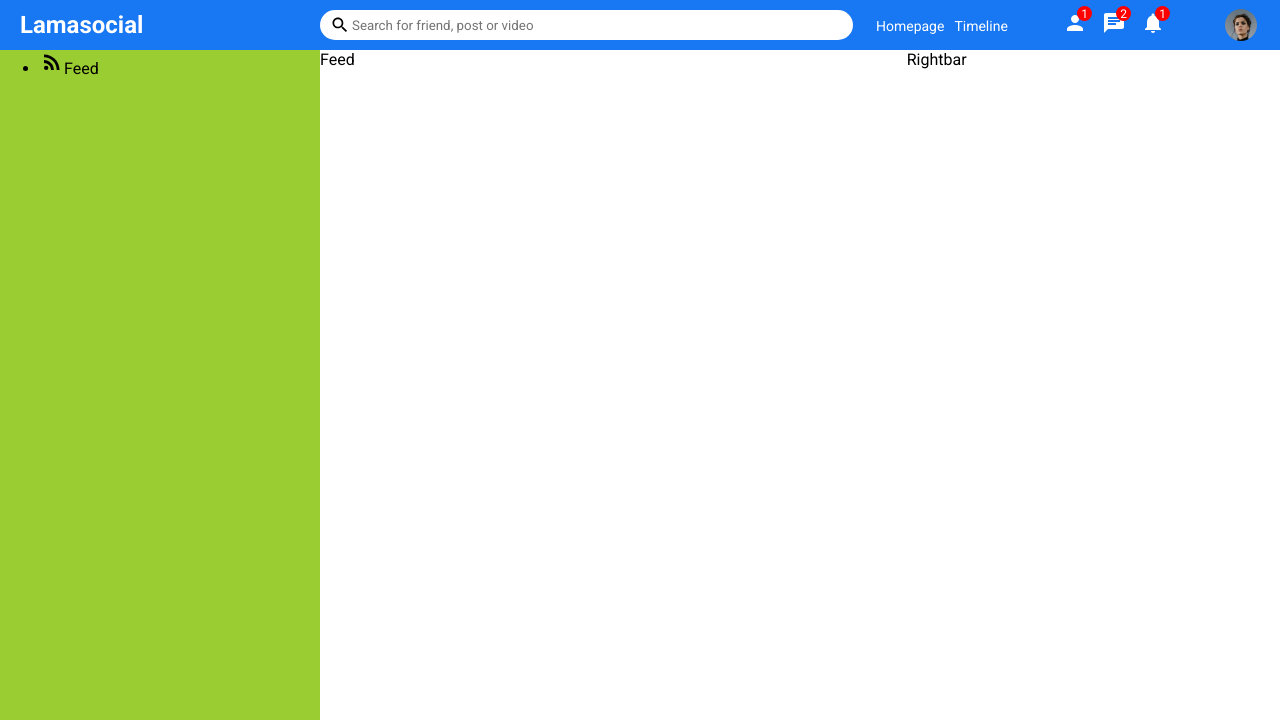
Repository: nazlinres01/react-social
Page: / (app in client/)
The author's editor kept a copy of each file at every save. The page is drawn from the files as they stood at one save, then again after the next save.
The browser window is 1280 px wide. The pictures show the whole page.
The project was rebuilt for these pictures with package versions that can differ from the ones it lists, and the page was loaded fresh each time.

Above is the page before, as saved 2024-06-11 16:23:59.

After the next save:
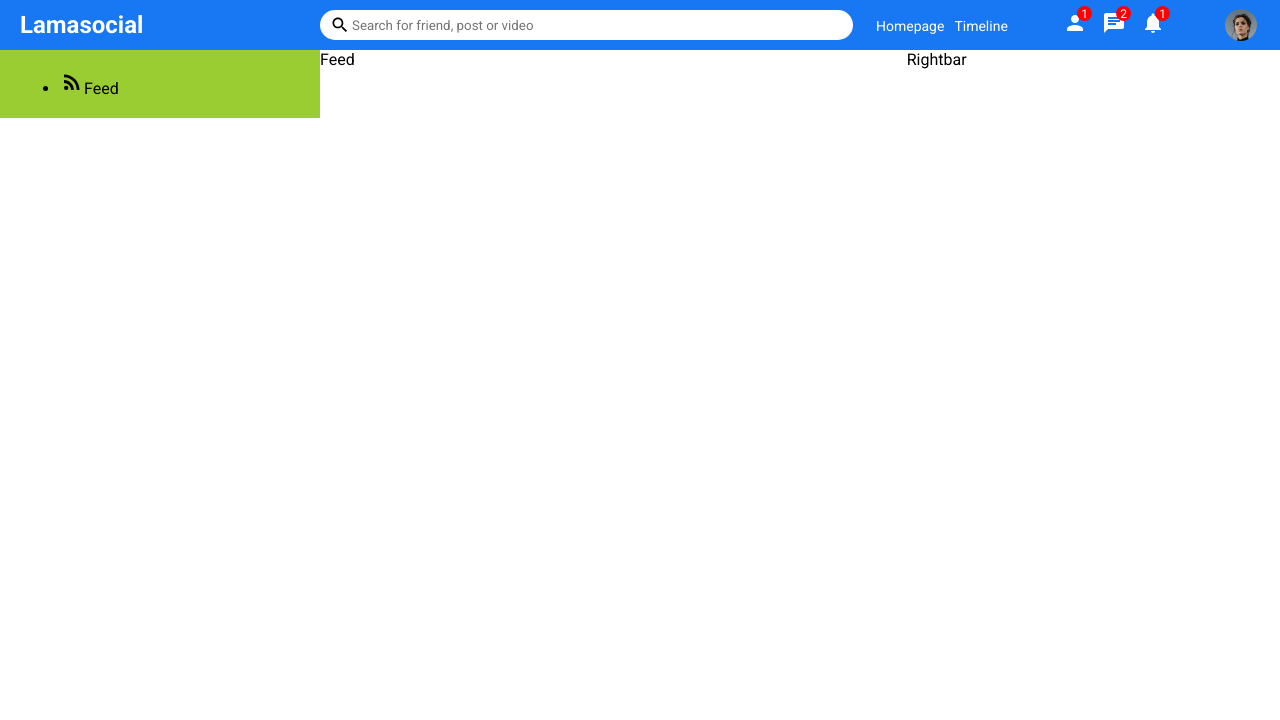
Saved 80 s later.
--- a/client/src/components/sidebar/sidebar.css
+++ b/client/src/components/sidebar/sidebar.css
@@ -1,5 +1,9 @@
 .sidebar {
     flex: 3;
     height: calc(100vh - 50px);
+}
+
+.sidebarWrapper {
+    padding: 20px;
     background-color: yellowgreen;
 }
